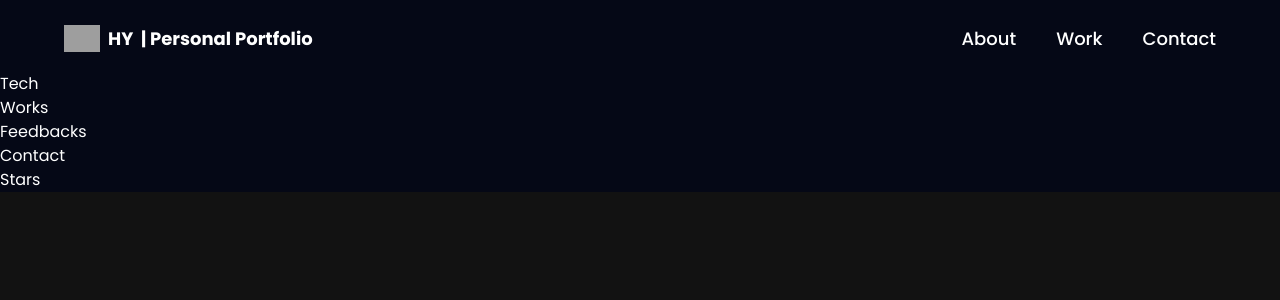
Repository: huiyyee/3d_portfolio
Page: /
The author's editor kept a copy of each file at every save. The page is drawn from the files as they stood at one save, then again after a run of saves.
The browser window is 1280 px wide. The pictures show the whole page.
Pictures or frames that could not be fetched are drawn as grey boxes. The project was rebuilt for these pictures with package versions that can differ from the ones it lists, and the page was loaded fresh each time. Also part of the build but not shown: vite.config.js, src/components/canvas/Earth.jsx, src/components/canvas/Ball.jsx, src/components/canvas/Computers.jsx.

Above is the page before, as saved 2024-10-10 00:51:03.

### index.html
<!doctype html>
<html lang="en">
  <head>
    <meta charset="UTF-8" />
    <link rel="icon" type="image/svg+xml" href="/vite.svg" />
    <meta name="viewport" content="width=device-width, initial-scale=1.0" />
    <title>HY | Portfolio</title>
  </head>
  <body>
    <div id="root"></div>
    <script type="module" src="/src/main.jsx"></script>
  </body>
</html>

### src/App.jsx
import { BrowserRouter } from "react-router-dom" //used for routing
import { About, Contact, Experience, Feedbacks,
  Hero, Navbar, Tech, Works, StarsCanvas } from './components';

const App = () => {
  return (
    <BrowserRouter>
      <div className="relative z-0 bg-primary">
        <div className="bg-hero-pattern bg-cover bg-no-repeat bg-center">
          <Navbar/>
          <Hero/>
        </div>
        <About/>
        <Experience/>
        <Tech/>
        <Works/>
        <Feedbacks/>
        <div className="relative z-0">
          <Contact/>
          <StarsCanvas />
        </div>
      </div>
    </BrowserRouter>

  )
}

export default App

### src/components/Navbar.jsx
import React, { useEffect, useState} from 'react'
import { Link } from 'react-router-dom'//use to navigate to other parts of the pages
import { styles } from './styles';
import { navLinks } from '../constants';
import { logo, menu, close} from '../assets';

const Navbar = () => {
  const [active,setActive] = useState('');
  const [toggle,setToggle] = useState(false)
  return (
    <nav
      className={`${styles.paddingX} w-full flex
      items-center py-5 fixed top-0 z-20 bg-primary`}
    >
      <div className="w-full flex
      justify-between items-center max-w-7xl mx-auto">
        <Link
          to = "/"
          className="flex items-center gap-2"
          onClick={() => {
            setActive("");
            window.scrollTo(0, 0);
          }}
        >
          <img src={logo} alt="Logo" className="w-9 h-9 object-contain"
            style={{ maxWidth: '150px', maxHeight: '150px' }}

          />
          <p className="text-white text-[18px]
          font-bold cursor-pointe flex">HY &nbsp; <span className="sm:block hidden">
            | Personal Portfolio</span> </p>
        </Link>
        <ul className="list-none hidden sm:flex
        flex-row gap-10">
          {navLinks.map((Link)=>(
          <li
            key={Link.id}
            className={`${
              active === Link.title
                ? "text-white"
                : "text-secondary"
            }hover:text-white text-[18px]
            font-medium cursor-pointer`}
            onClick={() => setActive(Link.title)}
          >
            <a href={`#${Link.id}`}>{Link.title}</a>
          </li>

          ))}
        </ul>
        <div className="sm:hidden flex flex-1 justify-end items-center"
        >
          <img src={toggle ? close: menu}
          alt="menu"
          className="w-[28px] h-[28px] object-contain cursor-pointer"
          onClick={()=> setToggle(!toggle)}
          />

          <div className={`${!toggle? 'hidden':'flex'} p-6 black-gradient absolute
          top-20 right-0 mx-4 my-2 min-w[140px] z-10 rounded-xl`}>
          <ul className="list-none flex justify-end items-start flex-col gap-4">
            {navLinks.map((Link)=>(
            <li
              key={Link.id}
              className={`${
                active === Link.title
                  ? "text-white"
                  : "text-secondary"
              }font-poppins font-medium cursor-pointer text-[16px]`}
              onClick={() => {
                setToggle(!toggle)
                setActive(Link.title)
              }}>
              <a href={`#${Link.id}`}>{Link.title}</a>
            </li>
            ))}
        </ul>
            </div>
        </div>

      </div>
    </nav>
  )
}

export default Navbar

### src/components/styles.js
const styles = {
    paddingX: "sm:px-16 px-6",
    paddingY: "sm:py-16 py-6",
    padding: "sm:px-16 px-6 sm:py-16 py-10",

    heroHeadText:
        "font-black text-white lg:text-[80px] sm:text-[60px] xs:text-[50px] text-[40px] lg:leading-[98px] mt-2",
    heroSubText:
        "text-[#dfd9ff] font-medium lg:text-[30px] sm:text-[26px] xs:text-[20px] text-[16px] lg:leading-[40px]",

    sectionHeadText:
        "text-white font-black md:text-[60px] sm:text-[50px] xs:text-[40px] text-[30px]",
    sectionSubText:
        "sm:text-[18px] text-[14px] text-secondary uppercase tracking-wider",
    };

export { styles };

### src/constants/index.js
import {
    mobile,
    backend,
    creator,
    web,
    javascript,
    typescript,
    html,
    css,
    reactjs,
    redux,
    tailwind,
    nodejs,
    mongodb,
    git,
    figma,
    docker,
    meta,
    starbucks,
    tesla,
    shopify,
    carrent,
    jobit,
    tripguide,
    threejs,
  } from "../assets";

  export const navLinks = [
    {
      id: "about",
      title: "About",
    },
    {
      id: "work",
      title: "Work",
    },
    {
      id: "contact",
      title: "Contact",
    },
  ];

  const services = [
    {
      title: "Web Developer",
      icon: web,
    },
    {
      title: "React Native Developer",
      icon: mobile,
    },
    {
      title: "Backend Developer",
      icon: backend,
    },
    {
      title: "Content Creator",
      icon: creator,
    },
  ];

  const technologies = [
    {
      name: "HTML 5",
      icon: html,
    },
    {
      name: "CSS 3",
      icon: css,
    },
    {
      name: "JavaScript",
      icon: javascript,
    },
    {
      name: "TypeScript",
      icon: typescript,
    },
    {
      name: "React JS",
      icon: reactjs,
    },
    {
      name: "Redux Toolkit",
      icon: redux,
    },
    {
      name: "Tailwind CSS",
      icon: tailwind,
    },
    {
      name: "Node JS",
      icon: nodejs,
    },
    {
      name: "MongoDB",
      icon: mongodb,
    },
    {
      name: "Three JS",
      icon: threejs,
    },
    {
      name: "git",
      icon: git,
    },
    {
      name: "figma",
      icon: figma,
    },
    {
      name: "docker",
      icon: docker,
    },
  ];

  const experiences = [
    {
      title: "React.js Developer",
      company_name: "Starbucks",
      icon: starbucks,
      iconBg: "#383E56",
      date: "March 2020 - April 2021",
      points: [
        "Developing and maintaining web applications using React.js and other related technologies.",
        "Collaborating with cross-functional teams including designers, product managers, and other developers to create high-quality products.",
        "Implementing responsive design and ensuring cross-browser compatibility.",
        "Participating in code reviews and providing constructive feedback to other developers.",
      ],
    },
    {
      title: "React Native Developer",
      company_name: "Tesla",
      icon: tesla,
      iconBg: "#E6DEDD",
      date: "Jan 2021 - Feb 2022",
      points: [
        "Developing and maintaining web applications using React.js and other related technologies.",
        "Collaborating with cross-functional teams including designers, product managers, and other developers to create high-quality products.",
        "Implementing responsive design and ensuring cross-browser compatibility.",
        "Participating in code reviews and providing constructive feedback to other developers.",
      ],
    },
    {
      title: "Web Developer",
      company_name: "Shopify",
      icon: shopify,
      iconBg: "#383E56",
      date: "Jan 2022 - Jan 2023",
      points: [
        "Developing and maintaining web applications using React.js and other related technologies.",
        "Collaborating with cross-functional teams including designers, product managers, and other developers to create high-quality products.",
        "Implementing responsive design and ensuring cross-browser compatibility.",
        "Participating in code reviews and providing constructive feedback to other developers.",
      ],
    },
    {
      title: "Full stack Developer",
      company_name: "Meta",
      icon: meta,
      iconBg: "#E6DEDD",
      date: "Jan 2023 - Present",
      points: [
        "Developing and maintaining web applications using React.js and other related technologies.",
        "Collaborating with cross-functional teams including designers, product managers, and other developers to create high-quality products.",
        "Implementing responsive design and ensuring cross-browser compatibility.",
        "Participating in code reviews and providing constructive feedback to other developers.",
      ],
    },
  ];

  const testimonials = [
    {
      testimonial:
        "I thought it was impossible to make a website as beautiful as our product, but Rick proved me wrong.",
      name: "Sara Lee",
      designation: "CFO",
      company: "Acme Co",
      image: "https://randomuser.me/api/portraits/women/4.jpg",
    },
    {
      testimonial:
        "I've never met a web developer who truly cares about their clients' success like Rick does.",
      name: "Chris Brown",
      designation: "COO",
      company: "DEF Corp",
      image: "https://randomuser.me/api/portraits/men/5.jpg",
    },
    {
      testimonial:
        "After Rick optimized our website, our traffic increased by 50%. We can't thank them enough!",
      name: "Lisa Wang",
      designation: "CTO",
      company: "456 Enterprises",
      image: "https://randomuser.me/api/portraits/women/6.jpg",
    },
  ];

  const projects = [
    {
      name: "Car Rent",
      description:
        "Web-based platform that allows users to search, book, and manage car rentals from various providers, providing a convenient and efficient solution for transportation needs.",
      tags: [
        {
          name: "react",
          color: "blue-text-gradient",
        },
        {
          name: "mongodb",
          color: "green-text-gradient",
        },
        {
          name: "tailwind",
          color: "pink-text-gradient",
        },
      ],
      image: carrent,
      source_code_link: "https://github.com/",
    },
    {
      name: "Job IT",
      description:
        "Web application that enables users to search for job openings, view estimated salary ranges for positions, and locate available jobs based on their current location.",
      tags: [
        {
          name: "react",
          color: "blue-text-gradient",
        },
        {
          name: "restapi",
          color: "green-text-gradient",
        },
        {
          name: "scss",
          color: "pink-text-gradient",
        },
      ],
      image: jobit,
      source_code_link: "https://github.com/",
    },
    {
      name: "Trip Guide",
      description:
        "A comprehensive travel booking platform that allows users to book flights, hotels, and rental cars, and offers curated recommendations for popular destinations.",
      tags: [
        {
          name: "nextjs",
          color: "blue-text-gradient",
        },
        {
          name: "supabase",
          color: "green-text-gradient",
        },
        {
          name: "css",
          color: "pink-text-gradient",
        },
      ],
      image: tripguide,
      source_code_link: "https://github.com/",
    },
  ];

  export { services, technologies, experiences, testimonials, projects };

### src/assets/index.js
import logo from "/Users/huiyee/Downloads/9-high-resolution-logo.png";
import backend from "./backend.png";
import creator from "./creator.png";
import mobile from "./mobile.png";
import web from "./web.png";
import github from "./github.png";
import menu from "./menu.svg";
import close from "./close.svg";

import css from "./tech/css.png";
import docker from "./tech/docker.png";
import figma from "./tech/figma.png";
import git from "./tech/git.png";
import html from "./tech/html.png";
import javascript from "./tech/javascript.png";
import mongodb from "./tech/mongodb.png";
import nodejs from "./tech/nodejs.png";
import reactjs from "./tech/reactjs.png";
import redux from "./tech/redux.png";
import tailwind from "./tech/tailwind.png";
import typescript from "./tech/typescript.png";
import threejs from "./tech/threejs.svg";

import meta from "./company/meta.png";
import shopify from "./company/shopify.png";
import starbucks from "./company/starbucks.png";
import tesla from "./company/tesla.png";

import carrent from "./carrent.png";
import jobit from "./jobit.png";
import tripguide from "./tripguide.png";

export {
  logo,
  backend,
  creator,
  mobile,
  web,
  github,
  menu,
  close,
  css,
  docker,
  figma,
  git,
  html,
  javascript,
  mongodb,
  nodejs,
  reactjs,
  redux,
  tailwind,
  typescript,
  threejs,
  meta,
  shopify,
  starbucks,
  tesla,
  carrent,
  jobit,
  tripguide,
};

Loaded but not shown: src/main.jsx (common file); src/index.css (common file); src/components/index.js (common file); src/components/canvas/index.js (common file); src/components/Hero.jsx (common file); src/components/About.jsx (common file); src/components/Tech.jsx (common file); src/components/Experience.jsx (common file); src/components/Works.jsx (common file); src/components/Feedbacks.jsx (common file); src/components/Contact.jsx (common file); src/components/canvas/Stars.jsx (common file); tailwind.config.js (common file)

After the next 3 saves:
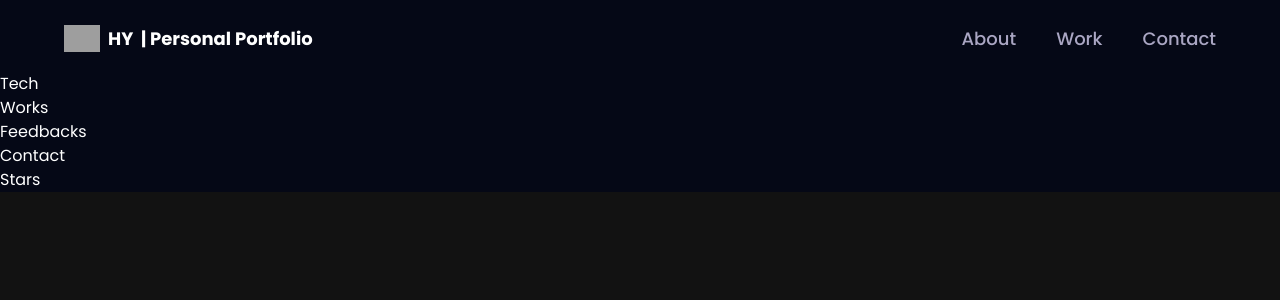
The 3 saves are shown as one change because they came seconds apart.
The last was saved 15 s later.
--- a/src/components/Navbar.jsx
+++ b/src/components/Navbar.jsx
@@ -39,7 +39,9 @@ const Navbar = () => {
               active === Link.title
                 ? "text-white"
                 : "text-secondary"
-            }hover:text-white text-[18px]
+            }
+            text-gray-500
+            hover:text-white text-[18px]
             font-medium cursor-pointer`}
             onClick={() => setActive(Link.title)}
           >
